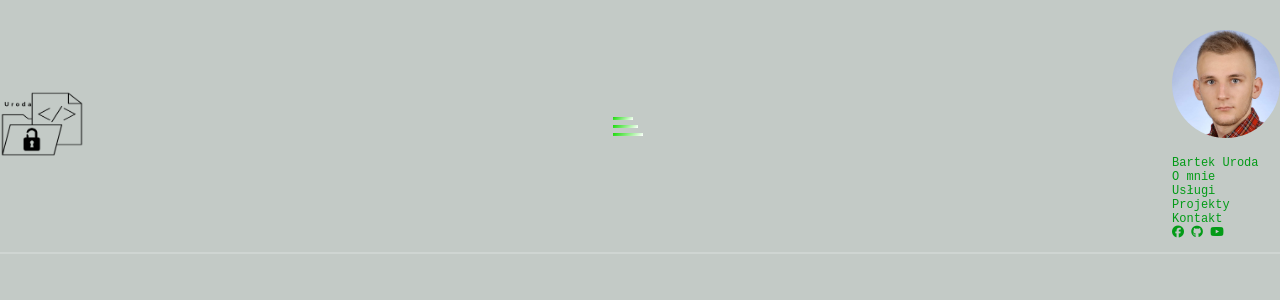
Repository: BartekUroda/portfolio
Page: index.html
These files come from the project's save history. The page is drawn as it stood at one moment and after the next save; the edit follows.
The browser window is 1280 px wide. The pictures show the whole page.
Some web fonts or font styles are not loaded; a fallback is used. Some web libraries are served in a nearby version.

Above is the page before, as saved 2020-10-26 21:17:48.

After the next save:
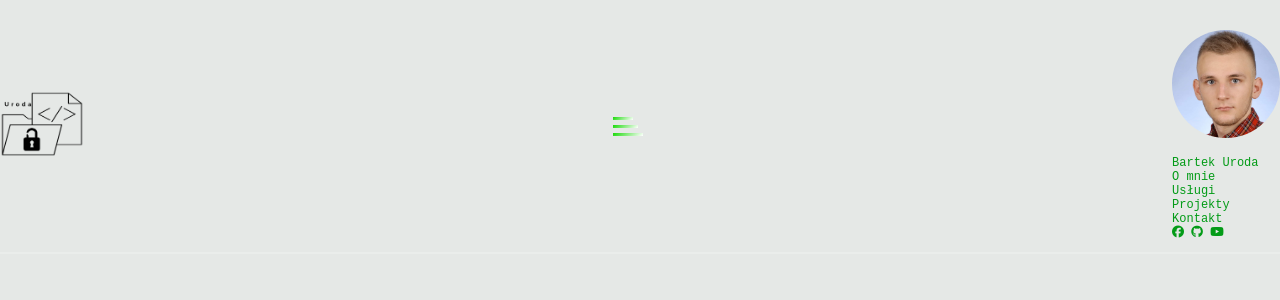
Saved 8 s later.
--- a/css/style.css
+++ b/css/style.css
@@ -12,7 +12,7 @@ html {
     box-sizing: border-box;
     scroll-behavior: smooth;
     color: #e7e7e7;
-    background: rgba(89, 107, 96, 0.356);
+    background: rgba(49, 68, 56, 0.123);
 }
 
 a {
